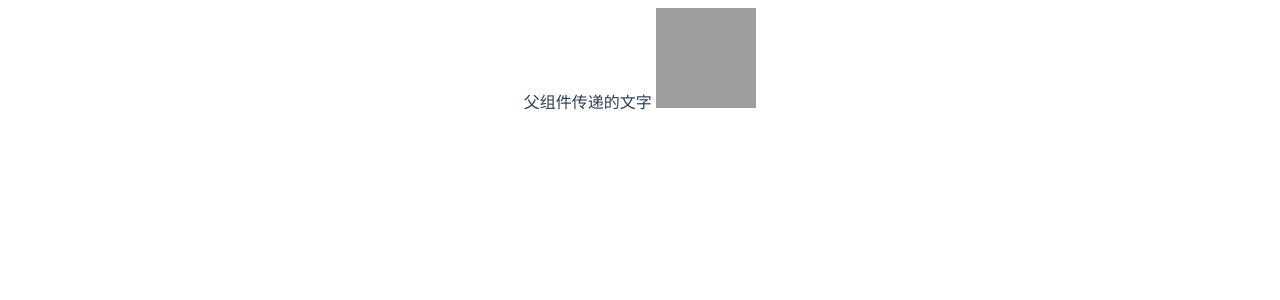
Repository: chang-meng-yun/vue_project
Page: /#/
An editor plug-in stored every save of this project. The page is shown before and after the next save, followed by the edit.
The browser window is 1280 px wide. The pictures show the whole page.
Pictures or frames that could not be fetched are drawn as grey boxes. The project was rebuilt for these pictures with package versions that can differ from the ones it lists, and the page was loaded fresh each time. Also part of the build but not shown: vue.config.js, src/VBindStudy.vue, src/HomeWork.vue, src/views/reHome.vue, src/FromFrame.vue, src/prents.vue, src/components/HelloWorld.vue, src/views/HomeView.vue.

Above is the page before, as saved 2024-06-27 14:42:24.

### public/index.html
<!DOCTYPE html>
<html lang="">
  <head>
    <meta charset="utf-8">
    <meta http-equiv="X-UA-Compatible" content="IE=edge">
    <meta name="viewport" content="width=device-width,initial-scale=1.0">
    <link rel="icon" href="<%= BASE_URL %>favicon.ico">
    <!-- <title><%= htmlWebpackPlugin.options.title %></title> -->
     <title>我是首页</title>
  </head>
  <body>
    <noscript>
      <strong>We're sorry but <%= htmlWebpackPlugin.options.title %> doesn't work properly without JavaScript enabled. Please enable it to continue.</strong>
    </noscript>
    <!-- 显示内容的地方 -->
    <div id="app"></div>
    <!-- built files will be auto injected -->
  </body>
</html>

### src/main.js
import Vue from 'vue'
import App from './App.vue'
import ElementUI from 'element-ui';
import 'element-ui/lib/theme-chalk/index.css';
import router from './router'

Vue.use(ElementUI);

Vue.config.productionTip = false
new Vue({
  router,
  render: h => h(App)
}).$mount('#app')

### src/App.vue
<template>
  <div id="app">
    <!-- <Hello></Hello> -->
    <!-- <VBindStudy></VBindStudy> -->
    <!-- <HomeWork></HomeWork> -->
    <!-- <reHome></reHome> -->
    <!-- <Model></Model> -->
    <!-- <FromFrame></FromFrame> -->
     <!-- <prents></prents> -->
      <child myTitle="父组件传递的文字" :mysrc="img_path"></child>
  </div>
</template>
<script>
  // 导入组件
  import Hello from '@/Hello.vue'
  import VBindStudy from '@/VBindStudy'
  import HomeWork from '@/HomeWork'
  import reHome from './views/reHome.vue'
  import FromFrame from '@/FromFrame.vue'
  import prents from '@/prents.vue'
  import child from '@/child.vue'
  // import Model from './views/Model.vue'
  export default {
    components: {
      Hello,
      VBindStudy,
      HomeWork,
      FromFrame,
      prents,
      child
      // Model
    },
    data() {
      return {
        mark: true,
        name: "张三",
        mywidth: "350px",
        // myImage: require("./assets/花.jpg"),
        img_path: require("@/assets/花.jpg"),
      }
    },
    methods: {
      controller_div() {
        this.mark = !this.mark
        console.log(this.mark)
      },
      changeSize() {
        this.mywidth = "500px"
      },
      changeImage() {
        console.log("pakaqiu")
        this.myImage = require("./assets/小樱花.webp")
      }
    }
  }
</script>
<style>
  .box {
    width: 200px;
    height: 200px;
    background-color: red;
  }

  #app {
    font-family: Avenir, Helvetica, Arial, sans-serif;
    -webkit-font-smoothing: antialiased;
    -moz-osx-font-smoothing: grayscale;
    text-align: center;
    color: #2c3e50;
  }

  nav {
    padding: 30px;
  }

  nav a {
    font-weight: bold;
    color: #2c3e50;
  }

  nav a.router-link-exact-active {
    color: #42b983;
  }
</style>

### src/Hello.vue
<template>
  <div>
        <!-- <nav>
      <router-link to="/">Home</router-link> |
      <router-link to="/about">About</router-link>
    </nav> -->
    <!-- <el-row>
      <el-button>默认按钮</el-button>
      <el-button type="primary">主要按钮</el-button>
      <el-button type="success">成功按钮</el-button>
      <el-button type="info">信息按钮</el-button>
      <el-button type="warning">警告按钮</el-button>
      <el-button type="danger">危险按钮</el-button>
    </el-row> -->

    <!-- <input  type="text" v-model="username"> -->
     <!-- <div  v-if="mark" class="box">
      div1-if标签
     </div> -->
     <!-- <el-button type="primary" v-on:click="controller_div()">控制div</el-button> -->
     <!-- <div  v-show ="mark" class="box"> -->
      <!-- div2-show标签 -->
     <!-- </div> -->
    <!-- <div>
      {{username}}
    </div> -->
    <!-- <router-view/> -->
     <!-- <hr> -->

     <el-row>
        <el-col :span="12">
          <div class="grid-content bg-purple">
         <img src="./assets/小雏菊.webp" v-bind:width="mywidth" />
         <br>
         <el-button type="primary" @click="changeSize()">改变大小</el-button>
        </div>
      </el-col>

        <el-col :span="12">
          <div class="grid-content bg-purple-light">
            <img v-bind:src="myImage" width="350px" />
            <br>
            <el-button type="primary" @click="changeImage()">改变图片</el-button>
        </div>
      </el-col>
      </el-row>

  </div>
</template>
<script>
     export default{
    // components:{
    //     Hello,
    //     VBindStudy
    // },
    data(){
      return{
        mark:true,
        name:"张三",
        mywidth:"350px",
        myImage:require("./assets/花.jpg")
      }
    },
    methods:{
     controller_div(){
        this.mark=!this.mark
        console.log(this.mark)
      },
      changeSize(){
        this.mywidth="500px"
      },
      changeImage(){
        console.log("pakaqiu")
        this.myImage=require("./assets/小樱花.webp")
      }
     },
     components:{

     }
    }
  </script>
  <style>
  .box{
      width: 200px;
      height: 200px;
      background-color: red;
  }
  #app {
    font-family: Avenir, Helvetica, Arial, sans-serif;
    -webkit-font-smoothing: antialiased;
    -moz-osx-font-smoothing: grayscale;
    text-align: center;
    color: #2c3e50;
  }

  nav {
    padding: 30px;
  }

  nav a {
    font-weight: bold;
    color: #2c3e50;
  }

  /* nav a.router-link-exact-active {
    color: #42b983;
  } */
  </style>

### src/child.vue
<template>
    <div>
        <div>
         {{myTitle}}
         <img :src="mysrc" height="100px" width="100px">
        </div>
    </div>
</template>
<script>
    export default{
        data(){
            return{
                img_path: require("@/assets/花.jpg"),

            }
        },
        props:["myTitle","mysrc"],
        methods: {

        },
        components:{

        }
    }

</script>
<style>

</style>

Loaded but not shown: src/router/index.js (common file)

After the next save:
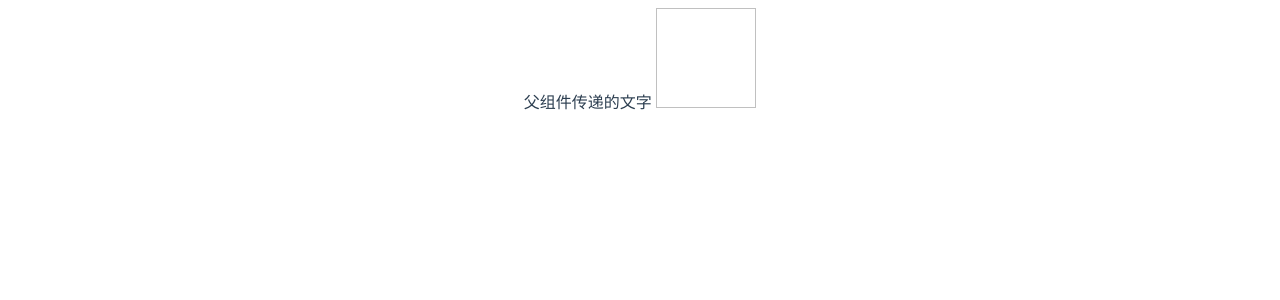
Saved 8 min 25 s later.
--- a/src/child.vue
+++ b/src/child.vue
@@ -14,7 +14,7 @@
 
             }
         },
-        props:["myTitle","mysrc"],
+        props:["myTitle",""],
         methods: {
 
         },

After the save that followed:
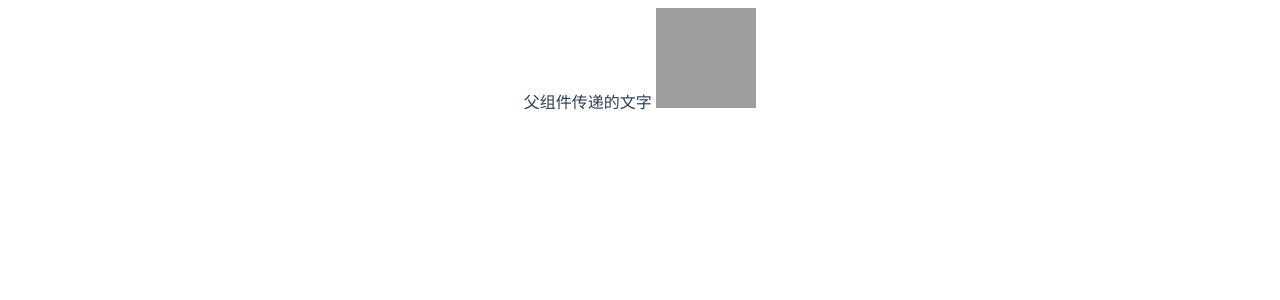
Saved 6 s later.
--- a/src/child.vue
+++ b/src/child.vue
@@ -14,7 +14,7 @@
 
             }
         },
-        props:["myTitle",""],
+        props:["myTitle","mysrc"],
         methods: {
 
         },
